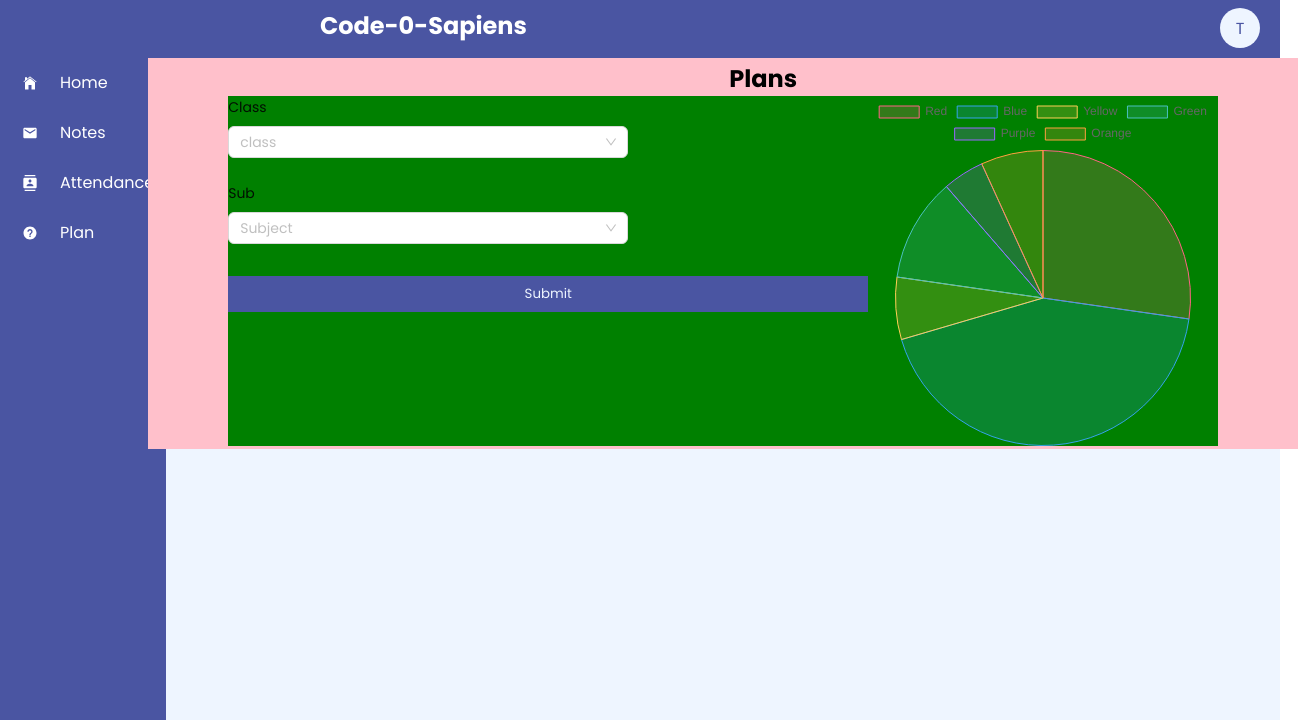
Repository: sinchana-P/code-0-sapiens
Page: /plans (app in client/)
These files come from the project's save history. The page is drawn as it stood at one moment and after the next save; the edit follows.
The browser window is 1280 px wide. The page is 1298 px wide, so the pictures cover 1298 px, including what lies to the right of the window. The pictures show the whole page.
The project was rebuilt for these pictures with package versions that can differ from the ones it lists, and the page was loaded fresh each time. Also part of the build but not shown: client/src/components/auth/login/FormLayoutLogin.jsx, client/src/components/auth/login/Login.jsx, client/src/components/auth/register/FormLayoutRegister.jsx, client/src/components/auth/register/Register.jsx, client/src/components/homeScene/Home.jsx, client/src/components/notes/Notes.jsx, client/src/components/attendance/Attendance.jsx, client/src/components/profile/Profile.jsx and 5 more.

Above is the page before, as saved 2024-03-01 07:40:21.

After the next save:
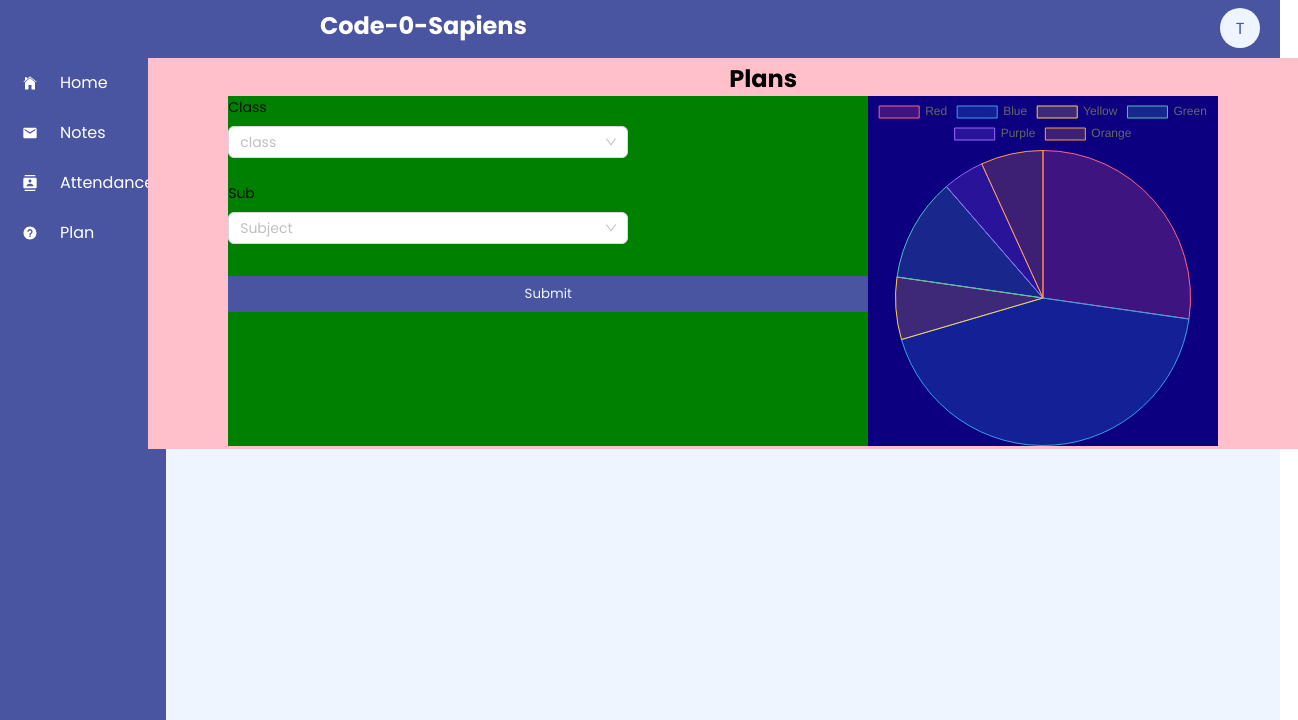
Saved 11 s later.
--- a/client/src/components/plans/Plans.css
+++ b/client/src/components/plans/Plans.css
@@ -33,5 +33,5 @@
     display: flex;
     flex-direction: column;
     width: 40rem;
-    background-color: green;
+    background-color: rgb(13, 0, 128);
 }
